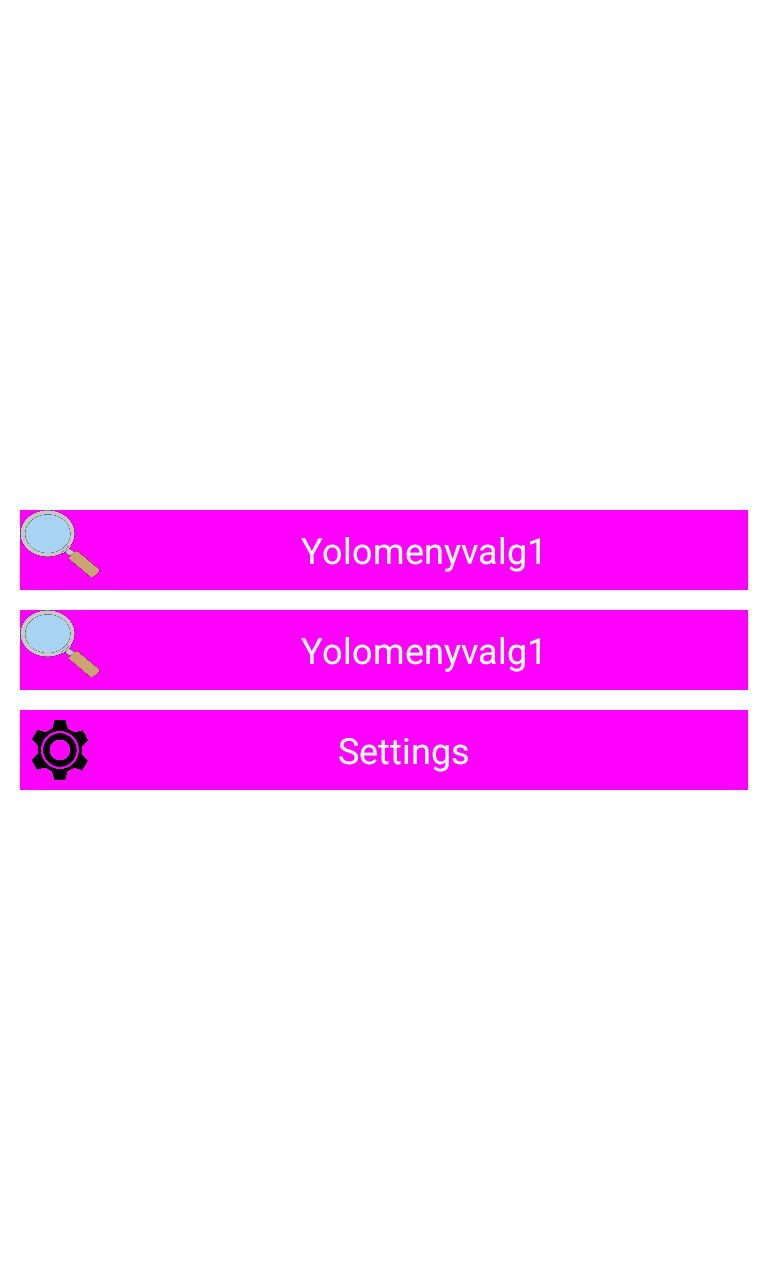
Repository: pumalove/workspace
Layout: MainActivity/res/layout/gridview.xml
These files come from the project's save history. The layout is drawn as it stood at one moment and after the next save; the edit follows.
It is drawn on a 768 x 1280 px phone screen (xhdpi) without system bars, with theme AppTheme; the app's code is not run. Lists and similar views that code fills are empty.

Above is the layout before, as saved 2014-03-18 10:53:50.

After the next save:
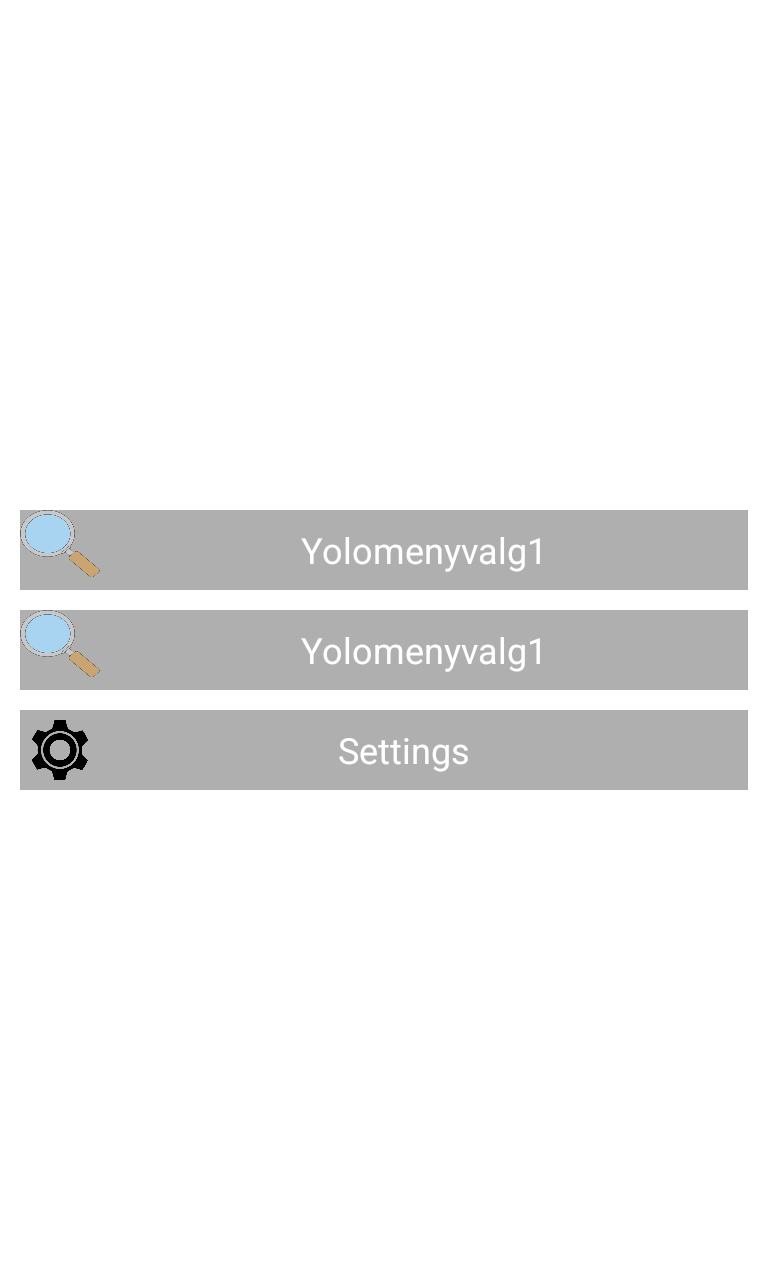
Saved 2 min 41 s later.
--- a/MainActivity/res/drawable/custom_buttons.xml
+++ b/MainActivity/res/drawable/custom_buttons.xml
@@ -15,7 +15,7 @@
 
   <item>
     <shape>
-      <solid android:color="#FF00FF" />
+      <solid android:color="#50000000" />
     </shape>
   </item>
 
